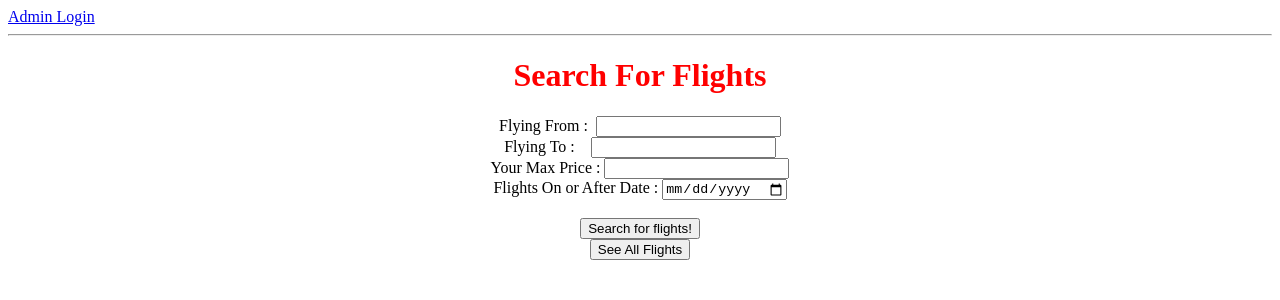
Repository: tuskhillare/FlyAway-1.0-
Page: http://localhost/FlyAway/
The author's editor kept a copy of each file at every save. The page is drawn from the files as they stood at one save, then again after the next save.
The browser window is 1280 px wide. The pictures show the whole page.
The page is served by Tomcat 9. Other server files are loaded and not shown.

Above is the page before, as saved 2021-10-01 13:26:04.

### Source Code/FlyAway/src/main/webapp/index.jsp
<!DOCTYPE html>
<html>
<head>
<style type="text/css">
h1{color:red;}
</style>
<meta charset="UTF-8">
<title>Welcome To Fly Away Ticket Booking Portal</title>
</head>
<body>
	<a href="Login.jsp">Admin Login</a>
	<hr>
	<center>
	<h1>Search For Flights</h1>
	<form name="searchForFlights" method="GET" action="SearchFlights">
		Flying From : &nbsp;<input type="text" name="source" > <br/>
		Flying To : &nbsp;&nbsp;&nbsp;<input type="text" name="destination"> <br/>
		Your Max Price : <input type="number" name="price"> <br/>
		Flights On or After Date : <input type="date" name="date"> <br/>
		<br/>
		<input type="submit" value="Search for flights!">
	</form>
	<form name ="seeAllFlights" method="GET" action="SeeAllFlights">
		<input type="submit" value="See All Flights">
	</form>
	</center>
</body>
</html>

After the next save:
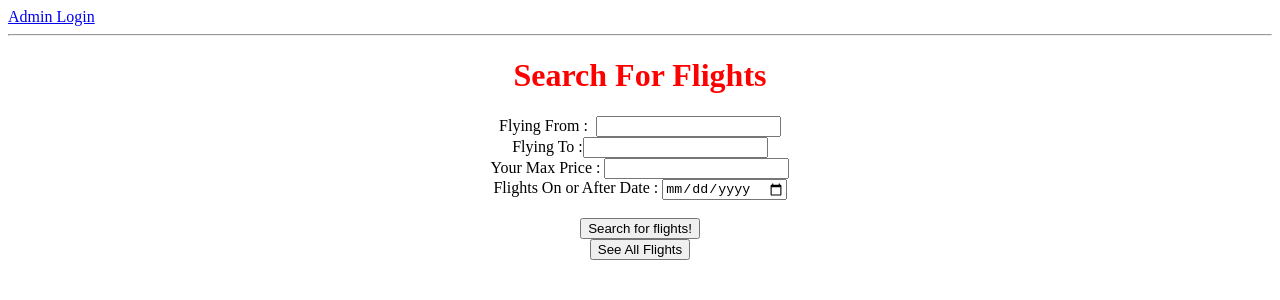
Saved 38 s later.
--- a/Source Code/FlyAway/src/main/webapp/index.jsp
+++ b/Source Code/FlyAway/src/main/webapp/index.jsp
@@ -14,7 +14,7 @@ h1{color:red;}
 	<h1>Search For Flights</h1>
 	<form name="searchForFlights" method="GET" action="SearchFlights">
 		Flying From : &nbsp;<input type="text" name="source" > <br/>
-		Flying To : &nbsp;&nbsp;&nbsp;<input type="text" name="destination"> <br/>
+		Flying To :<input type="text" name="destination"> <br/>
 		Your Max Price : <input type="number" name="price"> <br/>
 		Flights On or After Date : <input type="date" name="date"> <br/>
 		<br/>
